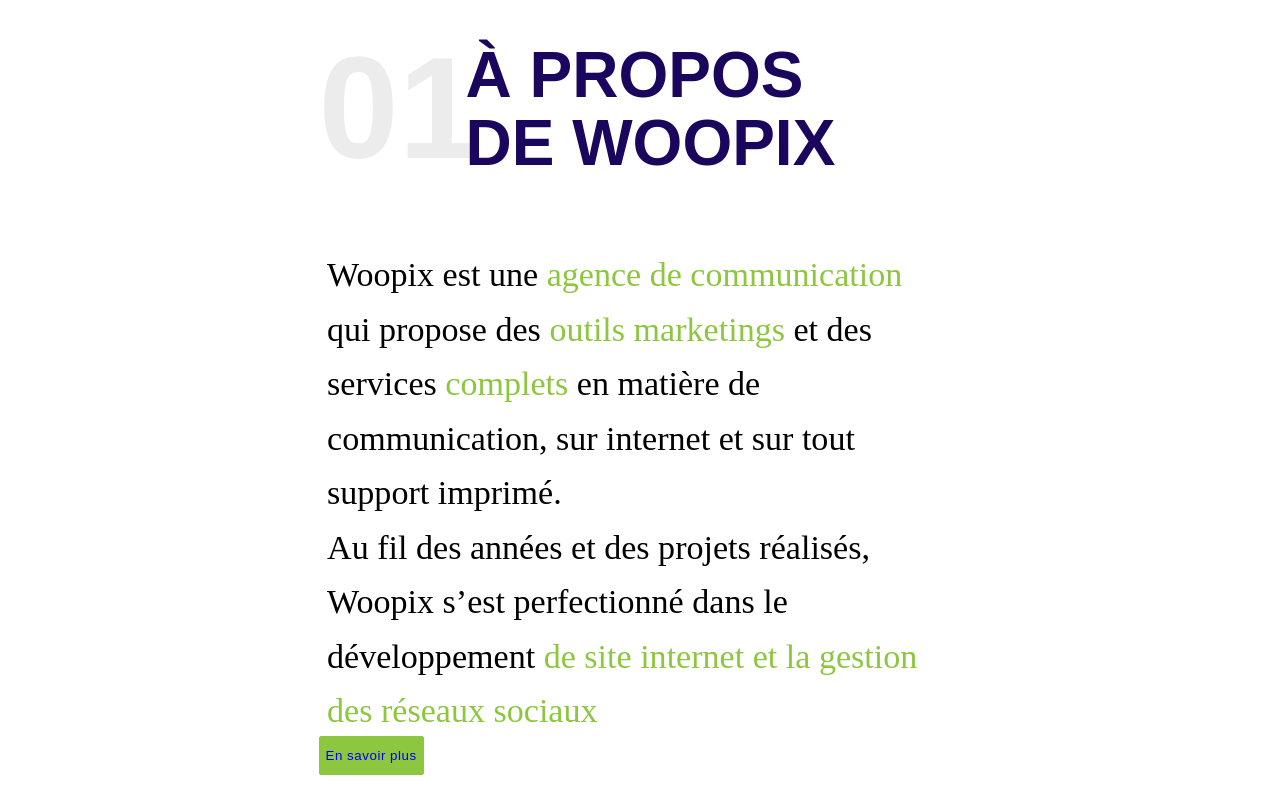
Repository: keloriane/woopix
Page: /about
An editor plug-in stored every save of this project. The page is shown before and after the next save, followed by the edit.
The browser window is 1280 px wide. The pictures show the whole page.
The project was rebuilt for these pictures with package versions that can differ from the ones it lists, and the page was loaded fresh each time. Also part of the build but not shown: src/pages/Services/components/ServiceItem.js, src/pages/Services/components/ServiceOption.js, src/pages/Services/index.js, src/pages/Home.js.

Above is the page before, as saved 2020-09-24 12:49:09.

After the next save:
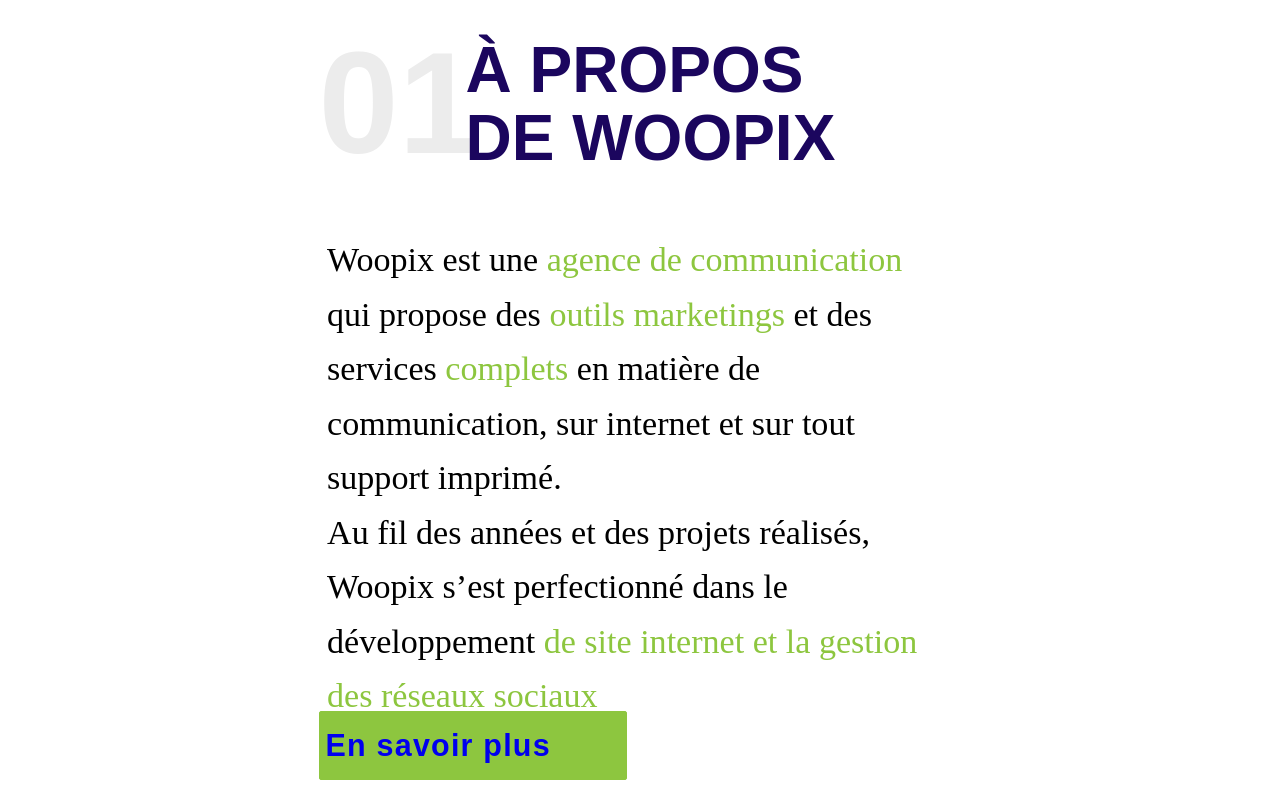
Saved 2 min 14 s later.
--- a/src/pages/About/index.js
+++ b/src/pages/About/index.js
@@ -12,8 +12,8 @@
       align-items: center;
       font-family: "Futura PT", sans-serif;
     }
-    .about-wrapper{
-        display: flex;
+    .about-wrapper {
+      display: flex;
     }
     .main-title {
       display: flex;
@@ -189,56 +189,66 @@
             }
           }
         }
-      }
-    }
-    @media screen and (min-width: 992px){
-
+        .call-to-action {
+          button {
+            width: 308.2px;
+            height: 68.7px;
+            a {
+              font-weight: 600;
+              font-size: 30.489px;
+              line-height: 39px;
+              letter-spacing: 0.04em;
+            }
+          }
+        }
+      }
+    }
+    @media screen and (min-width: 992px) {
     }
   `;
   return (
-
-<Container>
-
-    <AboutWrapper>
-      <div id="about">
-        <div className="about-wrapper">
-          <div className="main-title">
-            <div className="number-title">
-              <h2>01</h2>
+    <Container>
+      <AboutWrapper>
+        <div id="about">
+          <div className="about-wrapper">
+            <div className="main-title">
+              <div className="number-title">
+                <h2>01</h2>
+              </div>
+              <div className="title">
+                <h2>
+                  à propos <br></br>de woopix{" "}
+                </h2>
+              </div>
             </div>
-            <div className="title">
-              <h2>
-                à propos <br></br>de woopix{" "}
-              </h2>
+            <div className="text-container">
+              <div className="inner-text">
+                <p>
+                  Woopix est une <span>agence de communication</span> qui
+                  propose des <span>outils marketings</span> et des services{" "}
+                  <span>complets</span> en matière de communication, sur
+                  internet et sur tout support imprimé.
+                </p>
+              </div>
+              <div className="inner-text">
+                <p>
+                  Au fil des années et des projets réalisés, Woopix s’est
+                  perfectionné dans le développement{" "}
+                  <span>
+                    de site internet et la gestion des réseaux sociaux
+                  </span>
+                </p>
+              </div>
+            </div>
+            <div className="call-to-action">
+              <button>
+                <Link to="/services">En savoir plus</Link>
+              </button>
             </div>
           </div>
-          <div className="text-container">
-            <div className="inner-text">
-              <p>
-                Woopix est une <span>agence de communication</span> qui propose
-                des <span>outils marketings</span> et des services{" "}
-                <span>complets</span> en matière de communication, sur internet
-                et sur tout support imprimé.
-              </p>
-            </div>
-            <div className="inner-text">
-              <p>
-                Au fil des années et des projets réalisés, Woopix s’est
-                perfectionné dans le développement{" "}
-                <span>de site internet et la gestion des réseaux sociaux</span>
-              </p>
-            </div>
-          </div>
-          <div className="call-to-action">
-            <button>
-              <Link to="/services">En savoir plus</Link>
-            </button>
-          </div>
         </div>
-      </div>
-    </AboutWrapper>
-</Container>
-
+      </AboutWrapper>
+    </Container>
   );
 };
 
